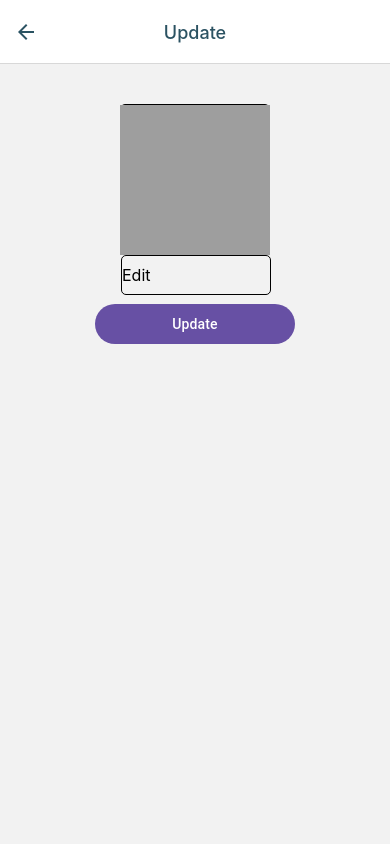
Repository: SaudCh/Expo-Pethub
Screen: /UpdateProfile
An editor plug-in stored every save of this project. The screen is shown before and after the next save, followed by the edit.
Pictures or frames that could not be fetched are drawn as grey boxes. The app was drawn by React Native's web renderer in a window 390 px wide. The project was rebuilt for these pictures with package versions that can differ from the ones it lists, and the page was loaded fresh each time. Also part of the build but not shown: Screens/Signup.js, Screens/Home.js, Screens/Profile.js, Components/Avatar.js.

Above is the screen before, as saved 2022-11-15 00:33:52.

### App.js
import { StatusBar } from 'expo-status-bar';
import 'react-native-gesture-handler';
import { StyleSheet, Text, View } from 'react-native';
import { Provider as PaperProvider } from 'react-native-paper';
import AppNavigator from './Components/Navigator';

export default function App() {
  return (
    <PaperProvider>
      <AppNavigator />
    </PaperProvider>
  );
}

const styles = StyleSheet.create({
  container: {
    flex: 1,
    backgroundColor: '#fff',
    alignItems: 'center',
    justifyContent: 'center',
  },
});

### Components/Navigator.js
// In App.js in a new project

import * as React from 'react';
import { View, Text } from 'react-native';
import { NavigationContainer } from '@react-navigation/native';
import { createNativeStackNavigator } from '@react-navigation/native-stack';
import Login from '../Screens/Login';
import Signup from '../Screens/Signup';
import Home from '../Screens/Home';
import Profile from '../Screens/Profile';
import UpdateProfile from '../Screens/UpdateProfile';
import Avatar from './Avatar';

function HomeScreen() {
    return (
        <View style={{ flex: 1, alignItems: 'center', justifyContent: 'center' }}>
            <Text>Home Screen</Text>
        </View>
    );
}

const Stack = createNativeStackNavigator();

function AppNavigator() {
    return (
        <NavigationContainer>
            <Stack.Navigator>
                <Stack.Screen name="Login" component={Login} options={{
                    title: 'Login',
                    headerTintColor: "#2B5262",
                    headerTitleAlign: 'center'
                }} />

                <Stack.Screen name="Signup" component={Signup} options={{
                    title: 'Signup',
                    headerTintColor: "#2B5262",
                    headerTitleAlign: 'center'
                }} />

                <Stack.Screen name="Home" component={Home}
                    options={{
                        title: 'Home',
                        headerTintColor: "#2B5262",
                        headerTitleAlign: 'center',
                        headerRight: () => (
                            <Avatar />
                        )
                    }}
                />

                <Stack.Screen name="Profile" component={Profile} options={{
                    title: 'Profile',
                    headerTintColor: "#2B5262",
                    headerTitleAlign: 'center'
                }} />
                <Stack.Screen name="UpdateProfile" component={UpdateProfile} options={{
                    title: 'Update',
                    headerTintColor: "#2B5262",
                    headerTitleAlign: 'center',
                }} />

            </Stack.Navigator>
        </NavigationContainer>
    );
}

export default AppNavigator;

### Screens/Login.js
import { useNavigation } from "@react-navigation/native";
import React, { useState, useEffect } from "react";
import { View, Text, StyleSheet, ActivityIndicator, Alert } from 'react-native'
import { TextInput, Button } from "react-native-paper"

export default function Login() {

    const navigation = useNavigation()

    const [data, setData] = useState({
        email: '',
        password: ''
    })

    return (
        <View style={{ ...styles.body }}>
            <View style={{ ...styles.box }}>
                <View>
                    <TextInput
                        mode="outlined"
                        placeholder="Email"
                        style={{ marginBottom: 10 }}
                        value={data.email}
                        onChangeText={text => setData({ ...data, email: text })}
                    />
                </View>
                <View>
                    <TextInput
                        mode="outlined"
                        placeholder="Password"
                        value={data.password}
                        style={{ marginBottom: 10 }}
                        onChangeText={text => setData({ ...data, password: text })}
                        secureTextEntry
                    />
                </View>
                <View>
                    <Button mode="contained" onPress={() => navigation.replace('Home')} style={{ marginTop: 10 }} >
                        Login
                    </Button>

                    <Button onPress={() => navigation.navigate("Signup")} style={{ backgroundColor: 'transparent' }}>
                        <Text style={{ ...styles.bottomText }}>Switch to Signup</Text>
                    </Button>
                </View>
            </View>
        </View >
    );
}
const styles = StyleSheet.create({
    body: {
        flex: 1,
        alignItems: "center",
        justifyContent: 'center',
        backgroundColor: '#A9CCCF'
    },
    box: {
        shadowColor: "#000",
        shadowOffset: {
            width: 0,
            height: 3,
        },
        shadowOpacity: 0.27,
        shadowRadius: 4.65,
        elevation: 6,
        borderRadius: 10,

        backgroundColor: "#fff",
        padding: 20,
        width: 350
    },
    inputText: {
        fontWeight: 'bold'
    },
    bottomText: {
        fontSize: 16
    }
});

### Screens/UpdateProfile.js
import { Image, StyleSheet, Text, TouchableOpacity, View } from 'react-native'
import React from 'react'
import { Button } from 'react-native-paper'
import { useNavigation } from '@react-navigation/native';

export default function Profile() {
    const navigation = useNavigation();
    return (
        <View style={{ flex: 1, margin: 10 }}>
            <View style={{ alignSelf: 'center', marginTop: 30, width: 150, height: 150, borderWidth: 1, borderRadius: 5 }}>
                <Image
                    style={styles.image}
                    source={{
                        uri: 'https://www.pngarts.com/files/6/User-Avatar-in-Suit-PNG.png',
                    }}
                />
                <TouchableOpacity style={styles.editIcon}>
                    <Text style={{ fontSize: 16 }}>Edit</Text>
                </TouchableOpacity>
            </View>


            <Button onPress={() => navigation.goBack()} mode='contained' style={{ width: 200, alignSelf: 'center', marginTop: 50 }}>
                Update
            </Button>
        </View>
    )
}

const styles = StyleSheet.create({
    image: {
        width: 150,
        height: 150,
        alignSelf: 'center',
        resizeMode: "cover"
    },
    editIcon: {
        width: 150,
        height: 40,
        borderWidth: 1,
        borderRadius: 5,
        alignContent: "center",
        justifyContent: "center",

    }

})

After the next save:
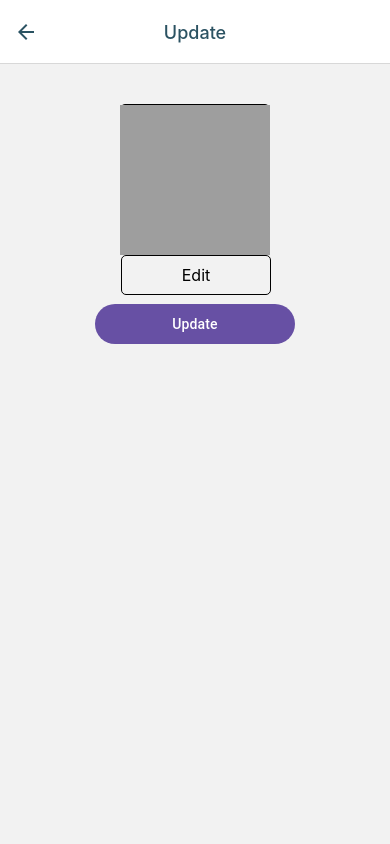
Saved 5 s later.
--- a/Screens/UpdateProfile.js
+++ b/Screens/UpdateProfile.js
@@ -39,7 +39,7 @@ const styles = StyleSheet.create({
         height: 40,
         borderWidth: 1,
         borderRadius: 5,
-        alignContent: "center",
+        alignItems: "center",
         justifyContent: "center",
 
     }
